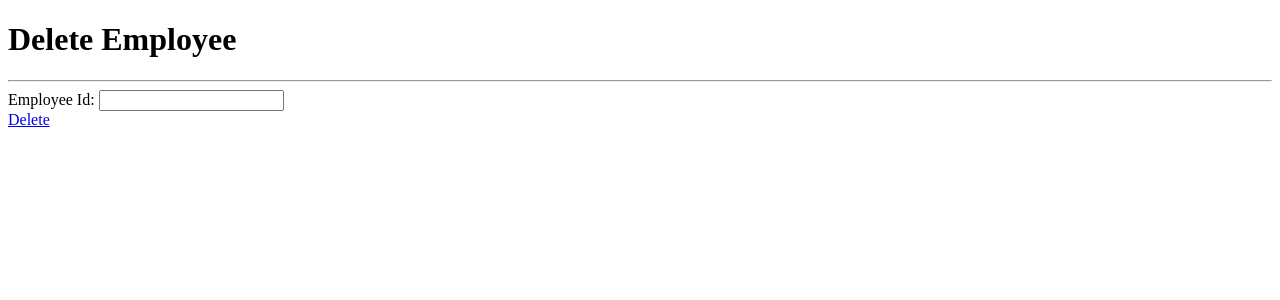
Repository: laikrish/day10
Page: http://localhost/EmployeeApp/deleteEmployee.jsp
These files come from the project's save history. The page is drawn as it stood at one moment and after the next save; the edit follows.
The browser window is 1280 px wide. The pictures show the whole page.
The page is served by Tomcat 9.

Above is the page before, as saved 2018-09-08 07:25:28.

After the next save:
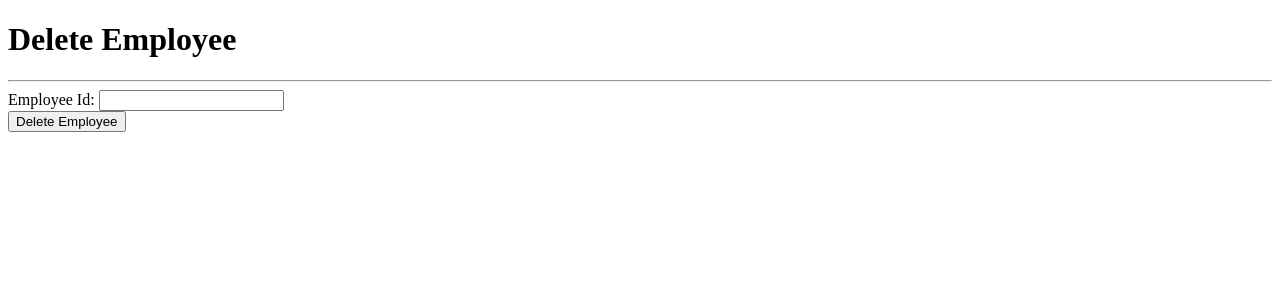
Saved 106 min 10 s later.
--- a/EmployeeApp/WebContent/deleteEmployee.jsp
+++ b/EmployeeApp/WebContent/deleteEmployee.jsp
@@ -14,7 +14,7 @@
     <input type="number" name="empId" required/>
     <br>
 <!--     <th><input type="submit" name="Delete"/></th> -->
-    <a href= "deleteEmployee">Delete</a>
+  <input type="submit" value="Delete Employee"/>
     <br>
 </form>
 </body>
